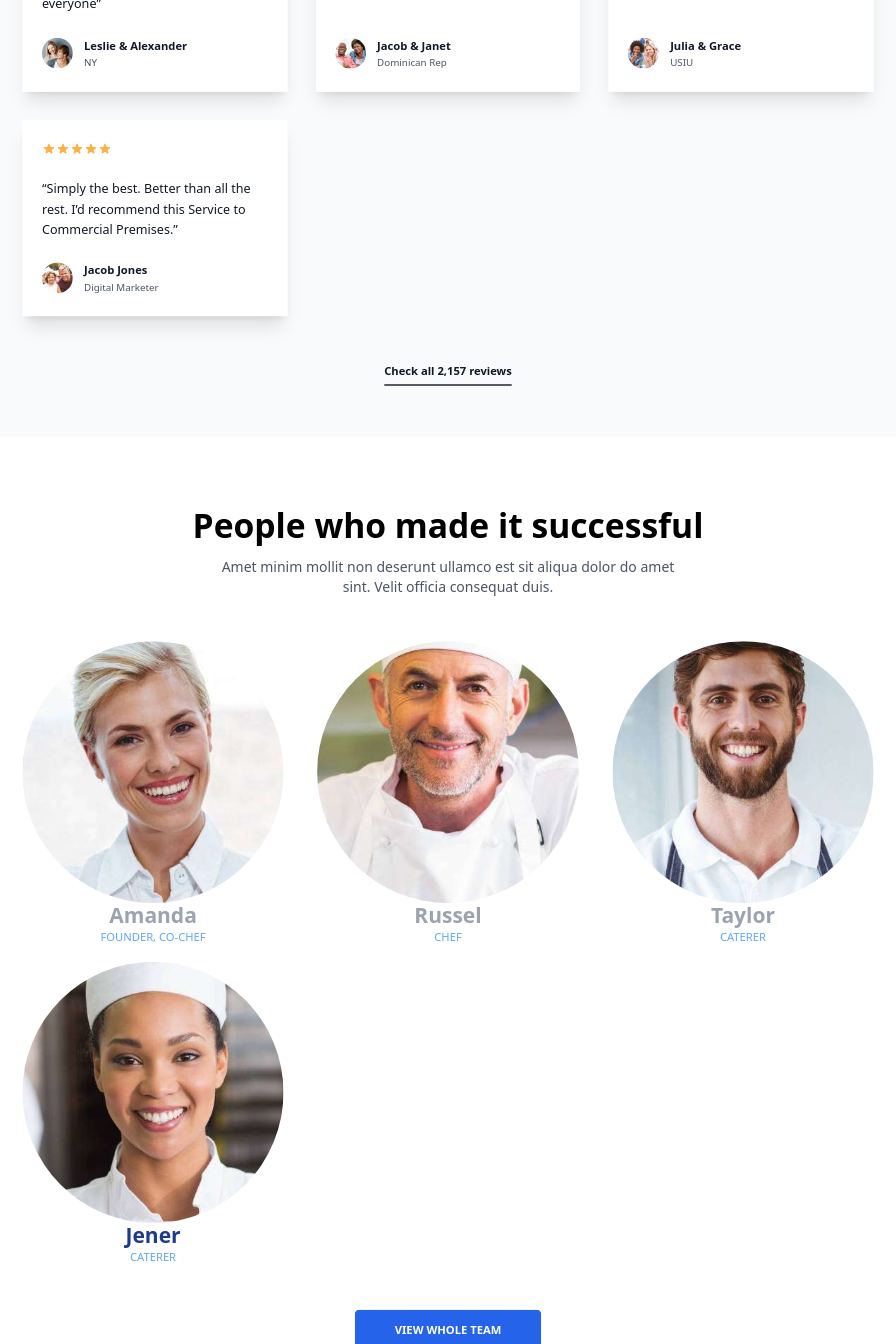
Repository: remydev47/Catering
Page: /
These files come from the project's save history. The page is drawn as it stood at one moment and after the next save; the edit follows.
The browser window is 1280 px wide. The pictures show the part of the page from y = 4580 to 6500 px (the page is 6605 px tall), at 70% of full size.
The project was rebuilt for these pictures with package versions that can differ from the ones it lists, and the page was loaded fresh each time. The framework's server and built-in components were replaced by stand-ins that run in the browser. Also part of the build but not shown: next.config.js.

Above is the page before, as saved 2022-12-09 14:30:05.

### pages/_app.tsx
import '../styles/globals.css'
import type { AppProps } from 'next/app'
import Navbar from '../components/Navbar'

export default function App({ Component, pageProps }: AppProps) {
  return (
   <>
     <Navbar />
     <Component {...pageProps} />
   </>
  )
}

### pages/index.tsx
import Head from 'next/head'
import CTA from '../components/CTA'
import Hero from '../components/Hero'
import Menu from '../components/Menu'
import Aboutus from '../components/Aboutus'
import Services from '../components/Services'
import Testimonials from '../components/Testimonials'
import Team from '../components/Team'

export default function Home() {
  return (
    <div className=''>
      <Head>
        <title>Nellys</title>
        <meta name="description" content="Generated by create next app" />
        <link rel="icon" href="/favicon.ico" />
      </Head>
       <Hero />
       <Menu />
       <CTA />
       <Aboutus />
       <Services />
       <Testimonials />
       <Team />
    </div>
  )
}

### components/Navbar.tsx
import React from 'react'
import { navLinks } from '../constants'
import Menupopover from './Menupopover';
import Logo from './Logo';
import { Button } from './Button';

const Navbar = () => {
  return (
    <header className="fixed inset-x-0 bg-[#fff] z-20 flex justify-between items-center py-2 px-2 shadow-lg dark:bg-slate-900 sm:py-3 sm:px-8">
            <div className='flex grow-0 basis-1/3 md:hidden'>
                <Menupopover />
            </div>

             <div className='flex grow-0 ml-2 justify-center md:justify-start'>
                <Logo />

            </div>


            <ul className="list-none sm:flex hidden justify-end items-center flex-1">
            {navLinks.map((nav, index) => (
                <li
                key={nav.id}
                className={`font-bold cursor-pointer text-[16px] hover:text-orange-400
                   ${index === navLinks.length - 1 ? 'mr-0' : 'mr-10'}
                  text-gray-500 font-serif `}
                >
                    <a>{nav.title}</a>
                </li>
            ))}
           </ul>



        </header>
  )
}

export default Navbar

### components/CTA.tsx
import React from 'react'

const CTA = () => {
  return (
    <section className="mt-4 relative py-10 overflow-hidden bg-blue-400 sm:py-16 lg:py-24 xl:py-32">
      <div className="absolute inset-0">
        <img className="object-cover w-full h-full md:object-left md:scale-150 md:origin-top-left" src="/images/cta.jpg" alt="" />
     </div>
    <div className="relative px-4 mx-auto sm:px-6 lg:px-8 max-w-7xl">
       <div className="text-center md:w-2/3 lg:w-1/2 xl:w-1/3 md:text-left">
           <h2 className="text-3xl font-bold leading-tight text-white font-serif sm:text-4xl lg:text-5xl">BOOK A FREE TASTING SESSION <br/> or DISCUSS A PROJECT</h2>
           <p className="mt-4 text-2xl italic text-white">
             We understand the importance of approaching each work integrally and believe in the power of simple and easy communication. We value the experimentation, the reformation of the message.
           </p>

           <form action="#" method="POST" className="mt-8 lg:mt-12">
               <div className="flex flex-col items-center sm:flex-row sm:justify-center">
                   <div className="flex-1 w-full min-w-0 px-4 sm:px-0">
                       <div className="relative text-gray-400 focus-within:text-gray-600">
                           <label htmlFor="email" className="sr-only"></label>
                           <label htmlFor="email" className="sr-only"></label>
                           <div className="absolute inset-y-0 left-0 flex items-center pl-3 pointer-events-none">
                               <svg className="w-5 h-5" xmlns="http://www.w3.org/2000/svg" fill="none" viewBox="0 0 24 24" stroke="currentColor">
                                   <path stroke-linecap="round" stroke-linejoin="round" stroke-width="1.5" d="M16 12a4 4 0 10-8 0 4 4 0 008 0zm0 0v1.5a2.5 2.5 0 005 0V12a9 9 0 10-9 9m4.5-1.206a8.959 8.959 0 01-4.5 1.207" />
                               </svg>
                           </div>
                           <input
                               type="email"
                               name="email"
                               id="email"
                               placeholder="Enter email address"
                               className="block w-full py-4 pl-10 pr-4 text-base text-black placeholder-gray-500 transition-all duration-200 border-gray-200 rounded-md sm:rounded-r-none caret-orange-400 focus:border-orange-400 focus:ring-1 focus:ring-blue-600"
                               required
                           />

                       </div>
                   </div>

                   <button type="submit" className="inline-flex items-center justify-center flex-shrink-0 w-auto px-4 py-4 mt-4 font-semibold text-white transition-all duration-200 bg-orange-400 border border-transparent rounded-md sm:mt-0 sm:rounded-l-none sm:w-auto hover:bg-blue-700 focus:bg-blue-700">
                       Get instant access
                   </button>
               </div>
           </form>
       </div>
    </div>
    </section>
  )
}

export default CTA

### components/Hero.tsx
import React from 'react'

const Hero = () => {
  return (
    <section className='relative pt-48 pb-12 xl:pt-60 sm:pb-16 lg:pb-32 xl:pb-48 2xl:pb-56'>
    <div className="absolute inset-0">
     <img className="object-cover w-full h-full" src="/images/hero.jpg" alt="" />
    </div>
   <div className='relative'>
    <div className="px-6 mx-auto sm:px-8 lg:px-12 max-w-7xl">
      <div className="w-full lg:w-2/3 xl:w-1/2">
        <h1 className="font-serif text-xl font-bold tracking-tight text-white text-opacity-70 text-center">Proffesional Catering Services</h1>
        <p className="mt-6 tracking-tighter text-[#000]">
          <span className="font-sans font-bold text-5xl">The Perfect Blend</span><br />
          <span className="font-serif italic font-BOLD text-6xl">of Sensational Food</span>
        </p>
        <p className="mt-8 font-serif text-xl font-normal text-[#000]">
         Our professional and experienced Catering staff does the job right the first time are Carefully selected Give them a deep.
        </p>
      </div>
    </div>
   </div>
  </section>
  )
}

export default Hero

### components/Menu.tsx
import React from 'react'

const Menu = () => {

  return (
    <section className='py-10 bg-white sm:py-16 lg:py-24'>

      <div  className="px-4 mx-auto max-w-7xl sm:px-6 lg:px-8">
        <div className="max-w-2xl mx-auto text-center">
          <h1 className="text-4xl font-serif font-semibold leading-tight text-gray-400">
            WELCOME TO THE <br/> BEST CATERING SERVICES
          </h1>
        </div>
        <div className="relative mt-12 lg:mt-20">

          <div className="relative grid grid-cols-1 text-center gap-y-12 md:grid-cols-3 gap-x-12">
            <div>
              <div className="flex items-center justify-center w-60 h-60 mx-auto rounded-full border-2 border-gray-200 ">
                <span className="text-xl font-semibold text-gray-700">
                    <img src='/images/menu1.jpg' className='h-full w-full rounded-full' />
                </span>
             </div>
             <h3 className="mt-6 text-2xl italic leading-tight text-gray-500 md:mt-10">Canapes</h3>
            </div>


            <div>
              <div className="flex items-center justify-center w-60 h-60 mx-auto rounded-full border-2 border-gray-200">
                <span className="text-xl font-semibold text-gray-700">
                    <img src='/images/menu2.jpg' className='h-full w-full rounded-full' />
                </span>
             </div>
             <h3 className="mt-6 text-2xl italic leading-tight text-gray-500 md:mt-10">CockTails</h3>
            </div>

            <div>
              <div className="flex items-center justify-center w-60 h-60 mx-auto rounded-full border-2 border-gray-200 ">
                <span className="text-xl font-semibold text-gray-700">
                    <img src='/images/menu3.jpg' className='h-full w-full rounded-full' />
                </span>
             </div>
             <h3 className="mt-6 text-2xl italic leading-tight text-gray-500 md:mt-10">Sweets & CapCakes</h3>
            </div>

            <div>
              <div className="flex items-center justify-center w-60 h-60 mx-auto rounded-full border-2 border-gray-200 ">
                <span className="text-xl font-semibold text-gray-700">
                    <img src='/images/menu4.jpg' className='h-full w-full rounded-full' />
                </span>
             </div>
             <h3 className="mt-6 text-2xl italic leading-tight text-gray-500 md:mt-10">Drinks</h3>
            </div>
          </div>

        </div>

      </div>

    </section>
  )
}

export default Menu

### components/Aboutus.tsx
import React from 'react'

const Aboutus = () => {
  return (
    <section className="py-6 bg-gray-50 sm:py-16 lg:py-24">
    <div className="max-w-5xl px-4 mx-auto sm:px-6 lg:px-8">
        <div className="grid items-center grid-cols-1 gap-y-6 md:grid-cols-2 md:gap-x-20">
            <div className="">
                <h1 className='text-3xl italic text-orange-400 text-center'>WELCOME TO OUR CATERING COMPANY</h1>
                <h2 className="text-4xl font-bold leading-tight text-black sm:text-4xl lg:text-4xl">Our Story of Success.</h2>
                <p className="mt-4 text-base leading-relaxed text-gray-600 font-semibold">
                <span className='text-3xl font-serif'>2006 -</span> Silver service is oriented for a right-handed waiter. Thus to serve the food, the waiter stands behind the guest and to the guest’s left, holds or supports the platter with their left hand, and serves the food with their right hand. It is common for the waiter to hold the serving-fork above the serving-spoon both in the right hand, and use the fingers to manipulate the two as a pincer for picking up and transferring the food.
                </p>
            </div>

            <div className=" pl-20 pr-6 sm:pl-6 md:px-0">
                <div className="relative w-full max-w-xs mt-4 mb-10 ml-auto">
                 <img className="relative -top-4 -left-4" src="/images/service-3.jpg" alt="" />



                    <div className="absolute -bottom-10 -left-16 m-2 bg-orange-400">
                        <span className="block text-4xl font-bold text-white font-serif lg:text-5xl"> 50+ </span>
                        <span className="block mt-2 text-base leading-tight text-white font-serif"> Team<br />Member</span>
                    </div>
                </div>
            </div>
        </div>
    </div>
</section>
  )
}

export default Aboutus

### components/Team.tsx
import React from 'react'

const Team = () => {
  return (
    <section className="py-10 bg-white sm:py-16 lg:py-24">
    <div className="px-4 mx-auto sm:px-6 lg:px-8 max-w-7xl">
        <div className="max-w-3xl mx-auto text-center">
            <h2 className="text-3xl font-bold leading-tight text-black sm:text-4xl lg:text-5xl lg:leading-tight">People who made it successful</h2>
            <p className="max-w-2xl mx-auto mt-4 text-xl text-gray-600">Amet minim mollit non deserunt ullamco est sit aliqua dolor do amet sint. Velit officia consequat duis.</p>
        </div>

        <div className="grid grid-cols-1 gap-6 mt-8 sm:grid-cols-3 md:mt-16 lg:gap-x-12">
            <div>
                <img className="w-full rounded-full" src="/images/team1.jpg" alt="" />
                <h1 className='text-center font-bold text-3xl text-gray-400'>Amanda</h1>
                <p className='text-center text-base font-normal text-blue-400'>FOUNDER, CO-CHEF</p>
            </div>

            <div>
                <img className="w-full rounded-full" src="/images/team2.jpg" alt="" />
                <h1 className='text-center font-bold text-3xl text-gray-400'>Russel</h1>
                <p className='text-center text-base font-normal text-blue-400'>CHEF</p>
            </div>

            <div>
                <img className="w-full rounded-full" src="/images/team3.jpg" alt="" />
                <h1 className='text-center font-bold text-3xl text-gray-400'> Taylor</h1>
                <p className='text-center text-base font-normal text-blue-400'>CATERER</p>
            </div>

            <div>
                <img className="w-full rounded-full" src="/images/team4.jpg" alt="" />
                <h1 className='text-center font-bold text-3xl text-blue-900'>Jener</h1>
                <p className='text-center text-base font-normal text-blue-400'>CATERER</p>
            </div>
        </div>

        <div className="mt-8 text-center md:mt-16">
            <a href="#" title="" className="inline-flex items-center justify-center py-4 font-semibold text-white transition-all duration-200 bg-blue-600 border border-transparent rounded-md px-14 hover:bg-blue-700 focus:bg-blue-700" role="button">VIEW WHOLE TEAM</a>
        </div>
    </div>
</section>
  )
}

export default Team

### constants/index.ts
export const navLinks =[
    {
        id:"aboutus",
        title:"About Us",
    },
    {
        id:"store",
        title:"Store",
    },
    {
        id:"gallery",
        title:"Gallery",
    },
    {
        id:"appointments",
        title:"Appointment",
    },
    {
        id:"blog",
        title:"Blog",
    },
    {
        id:"contacts",
        title:"Contacts",
    }
]

### components/Menupopover.tsx
import React, { useState, Fragment } from 'react'
import { Transition, Dialog } from '@headlessui/react'
import { navLinks } from '../constants'
import Logo from './Logo'
import { IconButton } from './Button'

const Menupopover = () => {
  const [isOpen, setIsOpen] = useState(false)

  return (
    <div>
    <IconButton
      variant='ghost'
      aria-label='menu'
      onClick={() => setIsOpen(!isOpen)}
    >
      <svg className='h-6 w-6 ' fill='none' stroke='currentColor'>
        <path
          strokeLinecap='round'
          strokeLinejoin='round'
          strokeWidth={2}
          d='M4 6h16M4 12h16M4 18h16'
        />
      </svg>
    </IconButton>
    <Transition
      show={isOpen}
      appear
      as={Fragment}
      enter='transform transition ease-in-out duration-300'
      enterFrom='-translate-x-full'
      enterTo='translate-x-0'
      leave='transform transition ease-in-out duration-300 delay-200'
      leaveFrom='translate-x-0'
      leaveTo='-translate-x-full'
     >
     <Dialog
       as='div'
       className={`fixed inset-0 z-50`}
       onClose={setIsOpen}
       open={isOpen}
       >
       <Transition.Child
         as={Fragment}
         enter='ease-out duration-300 delay-300'
         enterFrom='opacity-0'
         enterTo='opacity-100'
         leave='ease-in duration-200'
         leaveFrom='opacity-100'
         leaveTo='opacity-0'
       >

        <Dialog.Overlay
          className={`fixed inset-0 bg-black/20 backdrop-blur-sm dark:bg-gray-900/80`}
         />
      </Transition.Child>
       <div className={styles.dialogcontainer}>
        <a className='mx-auto mt-4 flex w-[140px] '>
          <Logo />
        </a>
        <ul
            className={styles.navWrapper2}
         >
            {navLinks.map((nav, index) => (
                <li
                 key={nav.id}
                 className={` font-bold cursor-pointer text-[16px]
                  mt-2 border-t border-slate-200 py-4 dark:border-slate-600
                  ${index === navLinks.length - 1 ? 'mr-0' : 'mb-4'}
                  text-black font-serif `}
                >
                 <a href={`#${nav.id}`}>
                    {nav.title}
                 </a>
                </li>
             ))}
         </ul>

        <IconButton
          variant='ghost'
          aria-label='close menu'
          className='absolute top-5 right-5'
          onClick={() => setIsOpen(false)}
        >
          <svg
            viewBox='0 0 10 10'
            className='h-2.5 w-2.5 overflow-visible'
            aria-hidden='true'
          >
            <path
                d='M0 0L10 10M10 0L0 10'
                fill='none'
                stroke='currentColor'
                strokeWidth='2'
                strokeLinecap='round'
              />
          </svg>
        </IconButton>
       </div>
     </Dialog>
    </Transition>
  </div>
  )
}

export default Menupopover;

const styles ={
  dialogcontainer:`fixed top-0 bottom-0 left-0 w-full max-w-xs rounded-r-xl bg-[#fff] p-6 shadow-lg dark:bg-gray-800`,
  menuitems:`group relative flex h-9 items-center oveflow-hidden rounded-md hover:bg-slate-200/50`,
  navWrapper2:`list-none flex flex-col justify-end items-center flex-1`,
}

### components/Logo.tsx
import React from 'react'
import Image from 'next/image'

const Logo = () => {
  return (
    <div>
        <Image
          src='/images/logo.png'
          alt='royal-events'
          height={80}
          width={150}
        />
    </div>
  )
}

export default Logo

### components/Button.tsx
import React, { forwardRef } from "react";
//import { __DEV__ } from "../../utils/assertions";

type BaseButtonProps = Omit<React.HTMLProps<HTMLButtonElement>, "size">;

/* === Button Element === */

export interface ButtonProps extends BaseButtonProps {
  children: React.ReactNode;
  fullWidth?: boolean;
  className?: string;
  variant?: "solid" | "outline" | "ghost";
  size?: "sm" | "md" | "lg";
  as?: string;
  isExternal?: boolean;
  type?: "button" | "submit" | "reset";
}

export const Button = forwardRef<HTMLButtonElement, ButtonProps>(
  (
    {
      children,
      variant = "solid",
      size = "md",
      fullWidth = false,
      className,
      as = "button",
      isExternal = false,
      ...rest
    },
    ref
  ) => {
    let tempClassNames: string[] = [];

    const sharedClasses = [
      "capitalize",
      "focus:outline-none",
      "focus:ring-2",
      "focus:ring-indigo-400",
      "focus:ring-offset-2",
      "focus:ring-offset-indigo-50",
      "font-semibold",
      "rounded-full",
      "inline-flex",
      "flex-shrink-0",
      "items-center",
      "justify-center",
      "transition-colors",
      "ease-in-out",
      "duration-500",
    ];

    if (fullWidth) sharedClasses.push("w-full");

    // handle variants
    let btnSolid = ["bg-indigo-600", "hover:bg-indigo-700", "text-white"];
    let btnOutline = [
      "dark:text-white",
      "hover:text-indigo-700",
      "hover:dark:text-indigo-700",
      "bg-transparent",
      "hover:bg-indigo-50",
      "border",
      "border-indigo-600",
    ];
    let btnGhost = [
      "bg-transparent",
      "dark:text-white",
      "hover:bg-indigo-50",
      "hover:text-indigo-700",
      "hover:dark:text-indigo-700",
    ];

    if (variant === "solid") {
      tempClassNames = [...sharedClasses, ...btnSolid];
    } else if (variant === "outline") {
      tempClassNames = [...sharedClasses, ...btnOutline];
    } else if (variant === "ghost") {
      tempClassNames = [...sharedClasses, ...btnGhost];
    }

    // handle sizes
    let sizeSm = ["h-8", "px-2", "text-sm"];
    let sizeMd = ["h-10", "px-3"];
    let sizeLg = ["h-12", "px-4", "text-lg"];

    if (size === "sm") {
      tempClassNames = [...tempClassNames, ...sizeSm];
    } else if (size === "md") {
      tempClassNames = [...tempClassNames, ...sizeMd];
    } else if (size === "lg") {
      tempClassNames = [...tempClassNames, ...sizeLg];
    }

    let classes = tempClassNames.join(" ");

    let Element = as ? (
      React.createElement(
        as,
        {
          className: `${classes} ${className}`,
          target: isExternal ? "_blank" : undefined,
          rel: isExternal ? "noopener noreferrer" : undefined,
          ref,
          ...rest,
        },
        children
      )
    ) : (
      <button {...rest} className={`${classes} ${className}`} ref={ref}>
        {children}
      </button>
    );

    return Element;
  }
);

// if (__DEV__) {
//   Button.displayName = "Button";
// }

/* === IconButton Element === */

export interface IconButtonProps extends ButtonProps {
  icon?: React.ReactElement;
  "aria-label": string;
}

export const IconButton = forwardRef<HTMLButtonElement, IconButtonProps>(
  (
    {
      children,
      icon,
      className,
      "aria-label": ariaLabel,
      size = "md",
      ...rest
    },
    ref
  ) => {
    let sharedClasses = ["rounded-full", "!px-0"];

    // handle sizes
    let sizeSm = ["w-8"];
    let sizeMd = ["w-10"];
    let sizeLg = ["w-12"];

    if (size === "sm") {
      sharedClasses = [...sharedClasses, ...sizeSm];
    } else if (size === "md") {
      sharedClasses = [...sharedClasses, ...sizeMd];
    } else if (size === "lg") {
      sharedClasses = [...sharedClasses, ...sizeLg];
    }

    /**
     * Passing the icon as prop or children should work
     */
    const element = icon || children;
    const _children = React.isValidElement(element)
      ? React.cloneElement(element as any, {
          "aria-hidden": true,
          focusable: false,
        })
      : null;

    let classes = sharedClasses.join(" ");
    return (
      <Button
        className={`${classes} ${className}`}
        aria-label={ariaLabel}
        size={size}
        {...rest}
        ref={ref}
      >
        {_children}
      </Button>
    );
  }
)

Loaded but not shown: styles/globals.css (common file); tailwind.config.js (common file); components/Testimonials.tsx (217 lines, source omitted); components/Services.tsx (132 lines, source omitted)

After the next save:
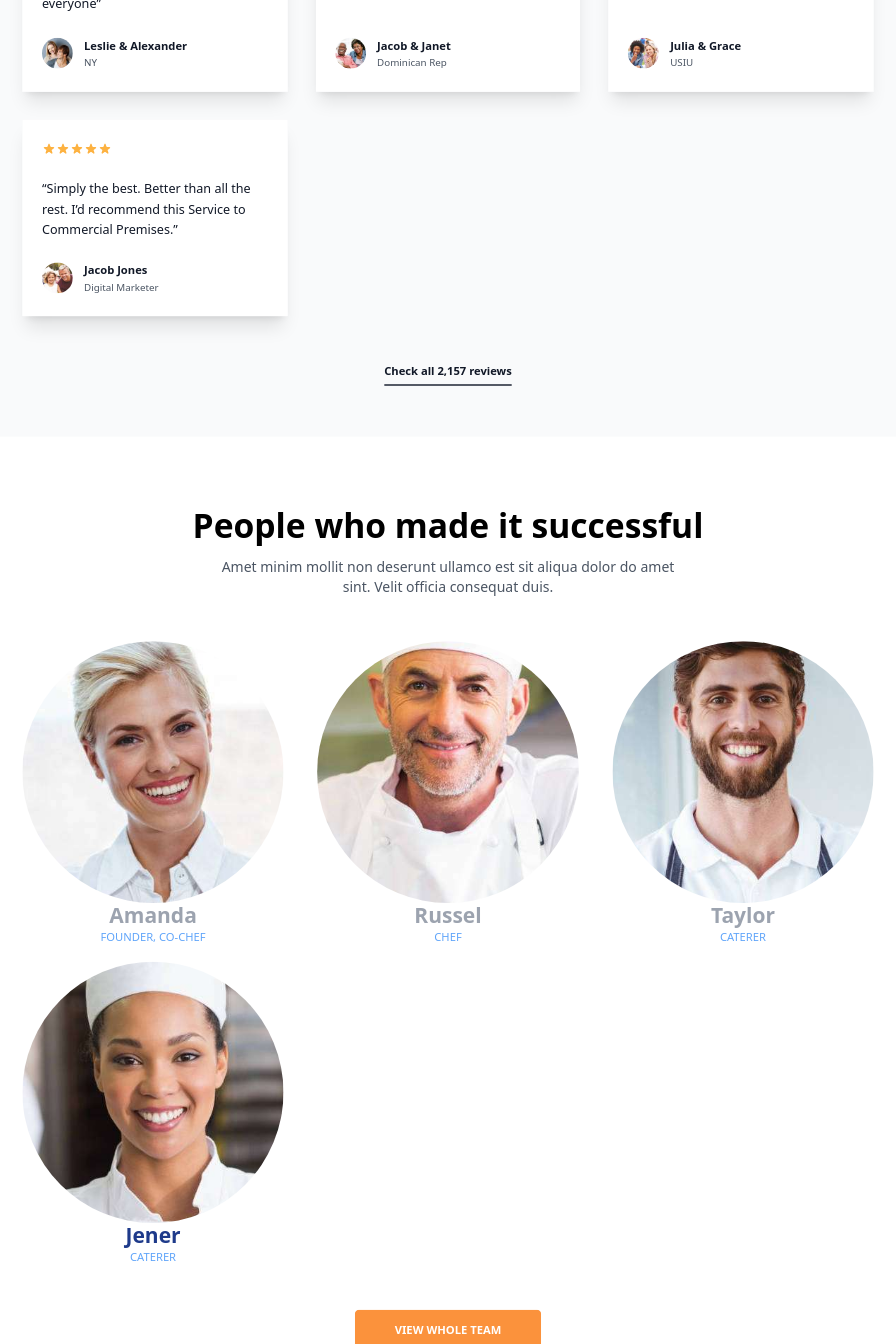
Saved 39 s later.
--- a/components/Team.tsx
+++ b/components/Team.tsx
@@ -36,7 +36,7 @@ const Team = () => {
         </div>
 
         <div className="mt-8 text-center md:mt-16">
-            <a href="#" title="" className="inline-flex items-center justify-center py-4 font-semibold text-white transition-all duration-200 bg-blue-600 border border-transparent rounded-md px-14 hover:bg-blue-700 focus:bg-blue-700" role="button">VIEW WHOLE TEAM</a>
+            <a href="#" title="" className="inline-flex items-center justify-center py-4 font-semibold text-white transition-all duration-200 bg-orange-400 border border-transparent rounded-md px-14" role="button">VIEW WHOLE TEAM</a>
         </div>
     </div>
 </section>
